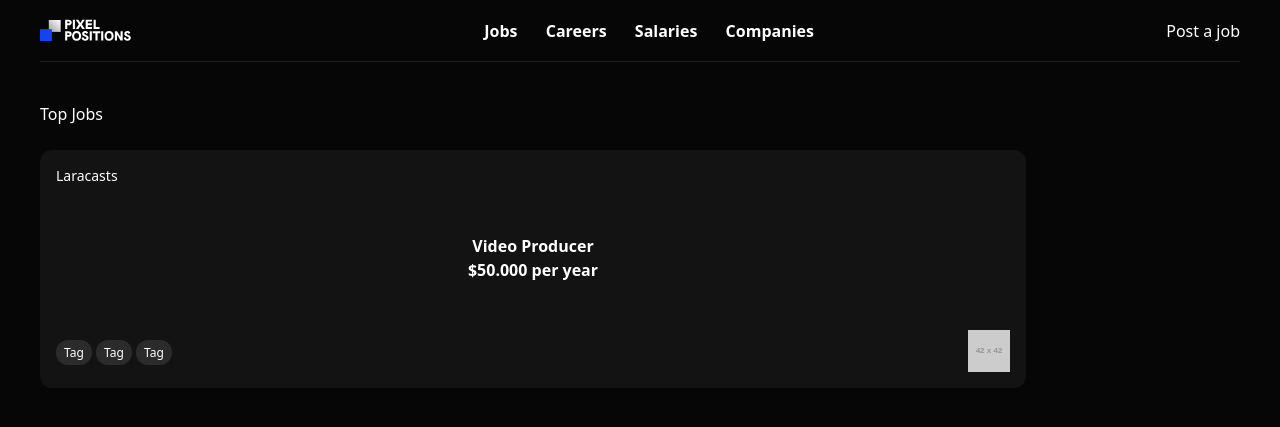
Repository: aggepap/pixel-positions-laravel
Page: http://localhost/
The author's editor kept a copy of each file at every save. The page is drawn from the files as they stood at one save, then again after the next save.
The browser window is 1280 px wide. The pictures show the whole page.
The page is served by the project's Laravel application, run on PHP 8.4 with Laravel 12. Other server files are loaded and not shown. Style sheets and scripts are compiled from the project's sources, by tool versions that may differ from the author's.

Above is the page before, as saved 2025-02-21 20:39:24.

### resources/views/welcome.blade.php
<x-layout>
    <section>
        <h3 class="mb-6">Top Jobs</h3>
        <div class=" p-4 bg-white/5 rounded-xl flex flex-col gap-4 text-center">

                <div class="self-start text-sm">Laracasts</div>
                <div class="py-8 font-bold"><h3>Video Producer</h3>
                <p>$50.000 per year</p></div>
                <div class="flex justify-between items-center mt-auto">
                    <div class="">
                    <a href="#" class="bg-white/10 px-2 py-1 rounded-xl text-xs hover:bg-white/25 transition-colors duration-300">Tag</a>
                    <a href="#" class="bg-white/10 px-2 py-1 rounded-xl text-xs hover:bg-white/25 transition-colors duration-300">Tag</a>
                    <a href="#" class="bg-white/10 px-2 py-1 rounded-xl text-xs hover:bg-white/25 transition-colors duration-300">Tag</a>

                </div>
                    <img src="https://placehold.co/42" alt="">
                </div>
            </div>

    </section>
</x-layout>

### resources/views/components/layout.blade.php
<!DOCTYPE html>
<html lang="en">
<head>
  <meta charset="UTF-8">
  <meta name="viewport" content="width=device-width, initial-scale=1.0">
  <title>Pixel Positions</title>
  @vite(['resources/js/app.js', 'resources/css/app.css'])
</head>
<body class="bg-black text-white">
  <div class="px-10">
    <nav class="flex justify-between items-center py-4 border-b border-white/10">
      <div class="">
        <a href="/"> <img src="{{Vite::asset('resources/images/logo.svg')}}" alt="Logo"></a>

      </div>
      <div class="space-x-6 font-bold"><a href="#">Jobs</a>
      <a href="#">Careers</a>
      <a href="#">Salaries</a>
       <a href="#">Companies</a>
      </div>
      <div class=""><a href="#">Post a job</a></div>
    </nav>
    <main class="mt-10 max-w-[986px]">{{$slot}}</main>
  </div>
</body>
</html>

### resources/images/logo.svg
<svg width="92" height="29" viewBox="0 0 92 29" fill="none" xmlns="http://www.w3.org/2000/svg">
    <path fill="url(#eq4u6l1jfa)" d="M8.787 4.021h11.877v11.877H8.787z"/>
    <path fill="#1544EF" d="M0 13.107h11.877v11.877H0z"/>
    <path d="M25.16 13V3.653h3.285c2.159 0 3.245.899 3.245 2.75 0 1.863-1.113 2.842-3.245 2.842H27.25V13H25.16zm2.091-5.686h.979c.858 0 1.354-.134 1.354-.885 0-.71-.429-.845-1.354-.845h-.979v1.73zM32.846 13V3.653h2.106V13h-2.106zm2.988 0 3.044-4.64-3.057-4.707h2.521L40.34 6.9l1.998-3.246h2.508L41.788 8.36 44.846 13h-2.521l-1.998-3.124L38.355 13h-2.52zm9.872 0V3.653h6.276v1.931h-4.17v1.61h3.969v1.944h-3.97v1.931h4.17V13h-6.275zm7.936 0V3.653h2.105v7.416h3.836V13h-5.941zM25.16 24.574v-9.347h3.285c2.159 0 3.245.898 3.245 2.75 0 1.863-1.113 2.842-3.245 2.842H27.25v3.755H25.16zm2.091-5.686h.979c.858 0 1.354-.134 1.354-.885 0-.71-.429-.845-1.354-.845h-.979v1.73zm9.367 5.927c-2.71 0-4.573-1.971-4.573-4.908 0-2.95 1.864-4.921 4.573-4.921 2.735 0 4.586 1.957 4.586 4.921 0 2.95-1.878 4.908-4.586 4.908zm0-2.011c1.515 0 2.467-1.113 2.467-2.897 0-1.797-.952-2.91-2.467-2.91-1.502 0-2.468 1.086-2.468 2.91 0 1.81.966 2.897 2.468 2.897zm8.63 1.97c-1.944 0-3.472-1.166-3.754-2.95l2.092-.522c.094 1.1.764 1.609 1.703 1.609.684 0 1.247-.335 1.247-1.046 0-.43-.429-.751-1.65-1.247-1.997-.805-2.721-1.542-2.721-2.977 0-1.556 1.22-2.655 3.057-2.655 1.3 0 2.347.603 2.95 1.81l-1.743 1.086c-.282-.684-.738-1.032-1.274-1.032-.483 0-.885.308-.885.75 0 .456.362.778 1.703 1.301 2.011.778 2.655 1.449 2.655 2.776 0 1.85-1.475 3.098-3.38 3.098zm4.478-.2v-9.347h2.106v9.347h-2.106zm5.724 0v-7.416h-2.736v-1.931h7.59v1.931h-2.722v7.416H55.45zm5.735 0v-9.347h2.105v9.347h-2.105zm7.91.241c-2.71 0-4.573-1.971-4.573-4.908 0-2.95 1.864-4.921 4.573-4.921 2.735 0 4.586 1.957 4.586 4.921 0 2.95-1.878 4.908-4.586 4.908zm0-2.011c1.515 0 2.467-1.113 2.467-2.897 0-1.797-.952-2.91-2.467-2.91-1.502 0-2.468 1.086-2.468 2.91 0 1.81.966 2.897 2.468 2.897zm11.487-7.577h2.105v9.347h-2.159l-3.513-5.726v5.726h-2.106v-9.347h2.146l3.527 5.7v-5.7zm6.848 9.548c-1.945 0-3.473-1.167-3.755-2.95l2.092-.523c.094 1.1.764 1.609 1.703 1.609.684 0 1.247-.335 1.247-1.046 0-.43-.429-.751-1.65-1.247-1.997-.805-2.721-1.542-2.721-2.977 0-1.556 1.22-2.655 3.057-2.655 1.3 0 2.347.603 2.95 1.81l-1.743 1.086c-.282-.684-.738-1.032-1.274-1.032-.483 0-.885.308-.885.75 0 .456.362.778 1.703 1.301 2.011.778 2.655 1.449 2.655 2.776 0 1.85-1.475 3.098-3.38 3.098z" fill="#fff"/>
    <defs>
        <linearGradient id="eq4u6l1jfa" x1="20.5" y1="4" x2="8" y2="16.5" gradientUnits="userSpaceOnUse">
            <stop stop-color="#fff"/>
            <stop offset="1" stop-color="#999"/>
        </linearGradient>
    </defs>
</svg>

### tailwind.config.js
import defaultTheme from "tailwindcss/defaultTheme";

/** @type {import('tailwindcss').Config} */
export default {
    content: [
        "./vendor/laravel/framework/src/Illuminate/Pagination/resources/views/*.blade.php",
        "./storage/framework/views/*.php",
        "./resources/**/*.blade.php",
        "./resources/**/*.js",
        "./resources/**/*.vue",
    ],
    theme: {
        extend: {
            fontFamily: {
                sans: ["Figtree", ...defaultTheme.fontFamily.sans],
            },
            colors: {
                black: "#060606",
            },
        },
    },
    plugins: [],
};

Loaded but not shown: app/Providers/AppServiceProvider.php (common file); routes/web.php (common file); resources/css/app.css (common file)

After the next save:
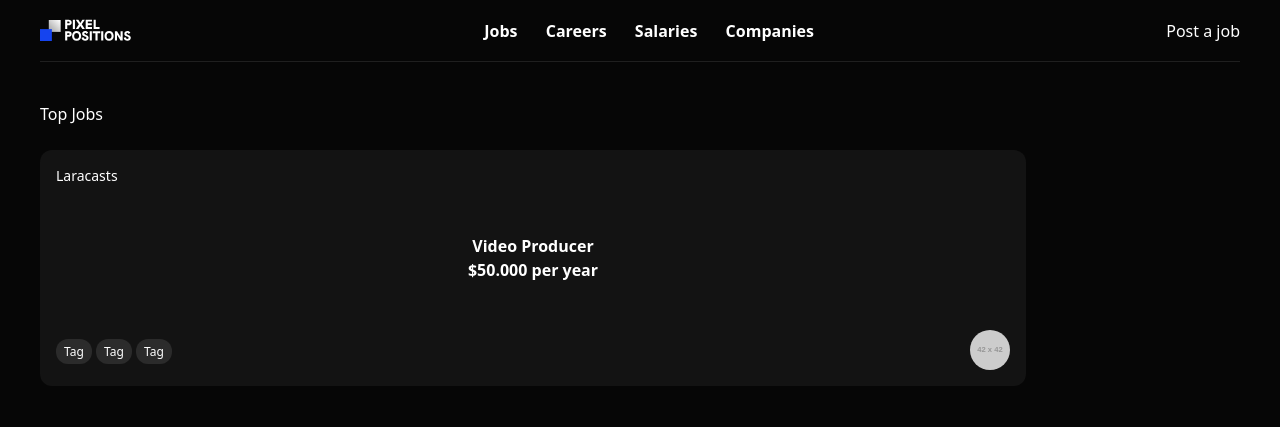
Saved 11 s later.
--- a/resources/views/welcome.blade.php
+++ b/resources/views/welcome.blade.php
@@ -13,7 +13,7 @@
                     <a href="#" class="bg-white/10 px-2 py-1 rounded-xl text-xs hover:bg-white/25 transition-colors duration-300">Tag</a>
 
                 </div>
-                    <img src="https://placehold.co/42" alt="">
+                    <img src="https://placehold.co/42" alt="" class="w-10 h-10 rounded-full">
                 </div>
             </div>
 
